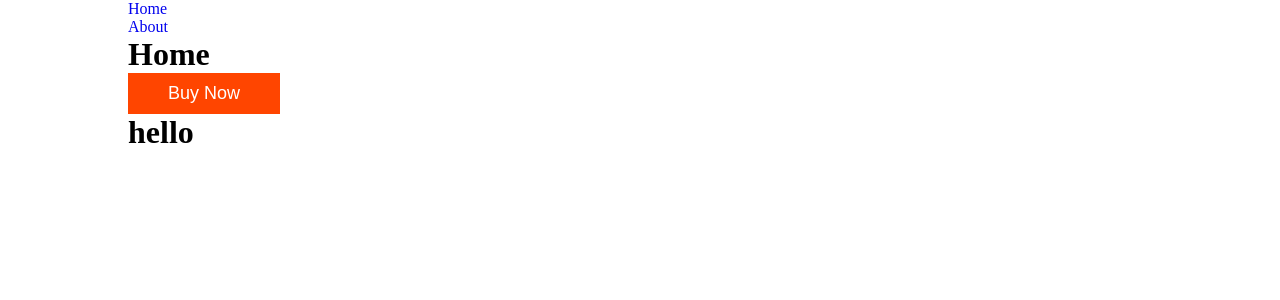
Repository: tuankiet10920/vuejs
Page: /
These files come from the project's save history. The page is drawn as it stood at one moment and after the next save; the edit follows.
The browser window is 1280 px wide. The pictures show the whole page.
The project was rebuilt for these pictures with package versions that can differ from the ones it lists, and the page was loaded fresh each time. Also part of the build but not shown: vite.config.js, src/components/product.vue.

Above is the page before, as saved 2024-08-23 10:58:36.

### index.html
<!DOCTYPE html>
<html lang="en">
  <head>
    <meta charset="UTF-8">
    <link rel="icon" href="/favicon.ico">
    <meta name="viewport" content="width=device-width, initial-scale=1.0">
    <title>Vite App</title>
    <style>
      *{
        margin: 0;
        padding: 0;
        box-sizing: border-box;
        list-style: none;
        text-decoration: none;
      }
      body{
        width: 100%;
        display: flex;
        justify-content: center;
      }
      #app{
        width: 80%;
      }
    </style>
  </head>
  <body>
    <div id="app"></div>
    <script type="module" src="/src/main.js"></script>
  </body>
</html>

### src/App.vue
<script setup>
import { RouterLink, RouterView } from 'vue-router'
</script>

<template>
<!-- <RouterLink to="/">Home</RouterLink> -->
  <header>
    <ul>
      <li>
        <RouterLink to="/">Home</RouterLink>
      </li>
      <li>
        <RouterLink to="/about">About</RouterLink>
      </li>
    </ul>
  </header>
  <RouterView/>
</template>

### src/router/index.js
import { createRouter, createWebHistory } from 'vue-router'

const router = createRouter({
  history: createWebHistory(import.meta.env.BASE_URL),
  routes: [
    {
      path: '/',
      name: 'home',
      component: () => import('../views/HomeView.vue')
    },
    {
      path: '/about',
      name: 'about',
      component: () => import('../views/AboutView.vue')
    }
  ]
})

export default router

### src/views/HomeView.vue
<script setup>
    import Products from "../components/products.vue";
</script>

<template>
  <h1>Home</h1>
  <!-- products -->
  <Products/>


</template>

### src/components/products.vue
<script setup>
    import ProductComponent from './product.vue';
    import buttonComponent from './button.vue';
</script>

<template>
    <buttonComponent message="hello"/>
    <div class="products">
        <!-- <ProductComponent/>
        <ProductComponent/>
        <ProductComponent/>
        <ProductComponent/> -->
    </div>
</template>

<style scoped>
    .products{
        width: 100%;
        display: grid;
        grid-template-columns: repeat(auto-fit, minmax(calc(100% / 5), 1fr));
        gap: 20px;
    }
</style>

### src/components/button.vue
<script setup>
    const props = defineProps({
        message : String
    });
</script>

<template>
    <button type="button" class="button-component">
        Buy Now
    </button>
    <h1>{{ message }}</h1>
</template>

<style scoped>
    .button-component{
        border: none;
        background: orangered;
        color: #fff;
        font-size: 18px;
        padding: 10px 40px;
        transition: all .3s ease-in-out;
        width: fit-content;
    }
    .button-component:hover{
        background: brown;
        border-radius: 20px;
    }
</style>

Loaded but not shown: src/main.js (common file)

After the next save:
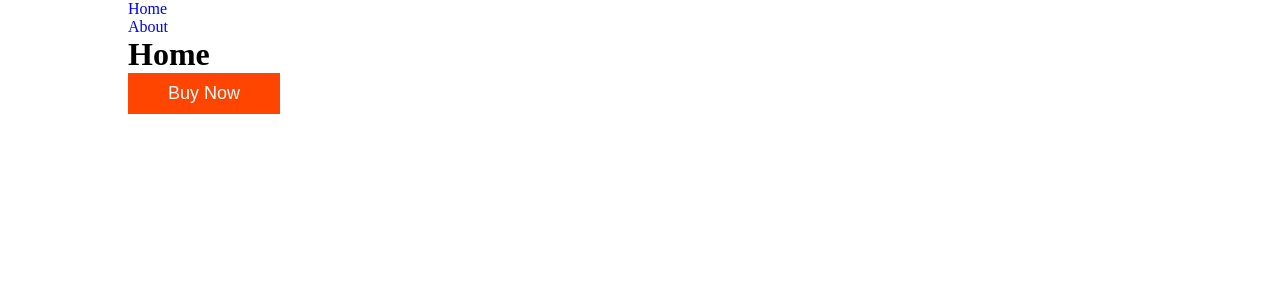
Saved 5 s later.
--- a/src/components/button.vue
+++ b/src/components/button.vue
@@ -1,6 +1,6 @@
 <script setup>
     const props = defineProps({
-        message : String
+        message1 : String
     });
 </script>
 

After the save that followed:
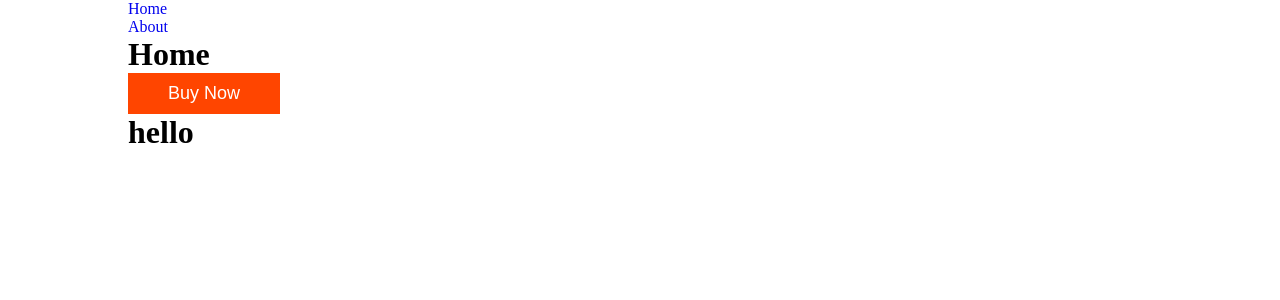
Saved 6 s later.
--- a/src/components/button.vue
+++ b/src/components/button.vue
@@ -1,6 +1,6 @@
 <script setup>
     const props = defineProps({
-        message1 : String
+        message : String
     });
 </script>
 
